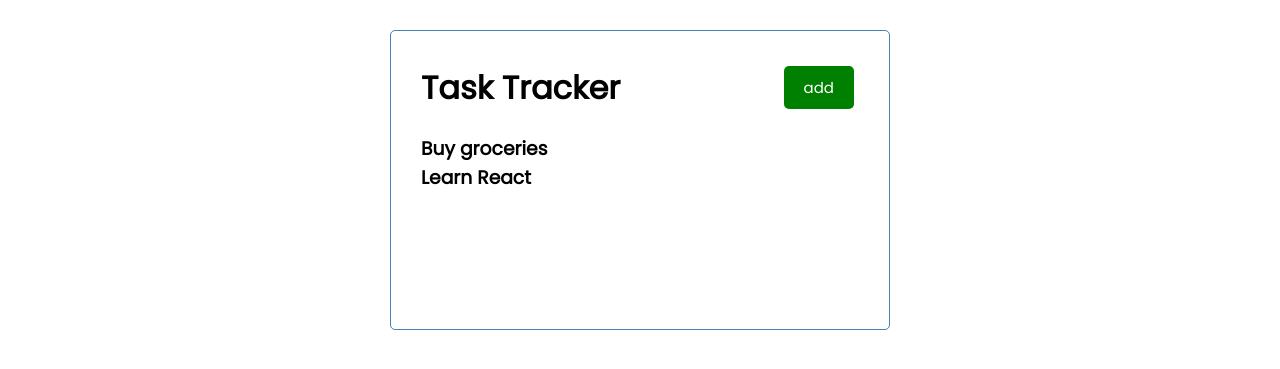
Repository: Samkiroko/task-tracker-app
Page: /
The author's editor kept a copy of each file at every save. The page is drawn from the files as they stood at one save, then again after a run of saves.
The browser window is 1280 px wide. The pictures show the whole page.
The project was rebuilt for these pictures with package versions that can differ from the ones it lists, and the page was loaded fresh each time.

Above is the page before, as saved 2021-08-02 16:47:18.

### public/index.html
<!DOCTYPE html>
<html lang="en">

<head>
    <meta charset="utf-8" />
    <link rel="icon" href="%PUBLIC_URL%/favicon.ico" />
    <meta name="viewport" content="width=device-width, initial-scale=1" />
    <meta name="theme-color" content="#000000" />
    <meta name="description" content="Web site created using create-react-app" />
    <link rel="apple-touch-icon" href="%PUBLIC_URL%/logo192.png" />

    <link rel="manifest" href="%PUBLIC_URL%/manifest.json" />

    <title>Task tracker App</title>
</head>

<body>
    <div id="root"></div>
</body>

</html>

### src/index.css
@import url('https://fonts.googleapis.com/css2?family=Poppins:wght@300;400&display=swap');
* {
    box-sizing: border-box;
    margin: 0;
    padding: 0;
}

body {
    font-family: 'Poppins', sans-serif;
}

.container {
    max-width: 500px;
    margin: 30px auto;
    overflow: auto;
    min-height: 300px;
    border: 1px solid steelblue;
    padding: 30px;
    border-radius: 5px;
}

.header {
    display: flex;
    justify-content: space-between;
    align-items: center;
    margin-bottom: 20px;
}

.btn {
    display: inline-block;
    background: #000;
    color: #fff;
    border: none;
    padding: 10px 20px;
    margin: 5px;
    border-radius: 5px;
    cursor: pointer;
    text-decoration: none;
    font-size: 15px;
    font-family: inherit;
}

.btn:focus {
    outline: none;
}

.btn:active {
    transform: scale(0.98);
}

.btn-block {
    display: block;
    width: 100%;
}

.task {
    background: #f4f4f4;
    margin: 5px;
    padding: 10px 20px;
    cursor: pointer;
}

.task.reminder {
    border-left: 5px solid green;
}

.task h3 {
    display: flex;
    align-items: center;
    justify-content: space-between;
}

.add-form {
    margin-bottom: 40px;
}

.form-control {
    margin: 20px 0;
}

.form-control label {
    display: block;
}

.form-control input {
    width: 100%;
    height: 40px;
    margin: 5px;
    padding: 3px 7px;
    font-size: 17px;
}

.form-control-check {
    display: flex;
    align-items: center;
    justify-content: space-between;
}

.form-control-check label {
    flex: 1;
}

.form-control-check input {
    flex: 2;
    height: 20px;
}

footer {
    margin-top: 30px;
    text-align: center;
}

### src/App.js
import { useState } from 'react';
import Header from './components/Header';
import Task from './components/Task';

function App() {
  const [task, setTask] = useState([
    {
      id: 1,
      text: 'Buy groceries',
      day: 'Feb 5th at 2:30pm',
      reminder: true,
    },
    {
      id: 2,
      text: 'Learn React',
      day: 'Feb 6th at 1:30pm',
      completed: false,
    },
  ]);
  return (
    <div className="container">
      <Header title="Task Tracker" />
      <Task task={task} />
    </div>
  );
}

export default App;

### src/components/Header.js
import React from 'react';
import Button from './Button';

const Header = ({ title }) => {
  const onClick = () => {
    console.log('Header clicked');
  };

  return (
    <header className="header">
      <h1>{title}</h1>
      <Button color="green" text="add" onClick={onClick} />
    </header>
  );
};

export default Header;

### src/components/Task.js
const Task = ({ task }) => {
  return (
    <>
      {task.map((task) => (
        <h3 key={task.id}>{task.text}</h3>
      ))}
    </>
  );
};

export default Task;

### src/components/Button.js
import PropTypes from 'prop-types';
import React from 'react';

const Button = ({ color, text, onClick }) => {
  return (
    <button
      onClick={onClick}
      style={{ backgroundColor: color }}
      className="btn">
      {text}
    </button>
  );
};

Button.defaultProps = {
  color: 'steelblue',
};

Button.propTypes = {
  color: PropTypes.string,
  text: PropTypes.string,
  onClick: PropTypes.func,
};

export default Button;

### src/components/Tasks.js
const Tasks = ({ tasks }) => {
  return (
    <>
      {tasks.map((task) => (
        <h3 key={task.id}>{task.text}</h3>
      ))}
    </>
  );
};

export default Task;

Loaded but not shown: src/index.js (common file)

After the next 4 saves:
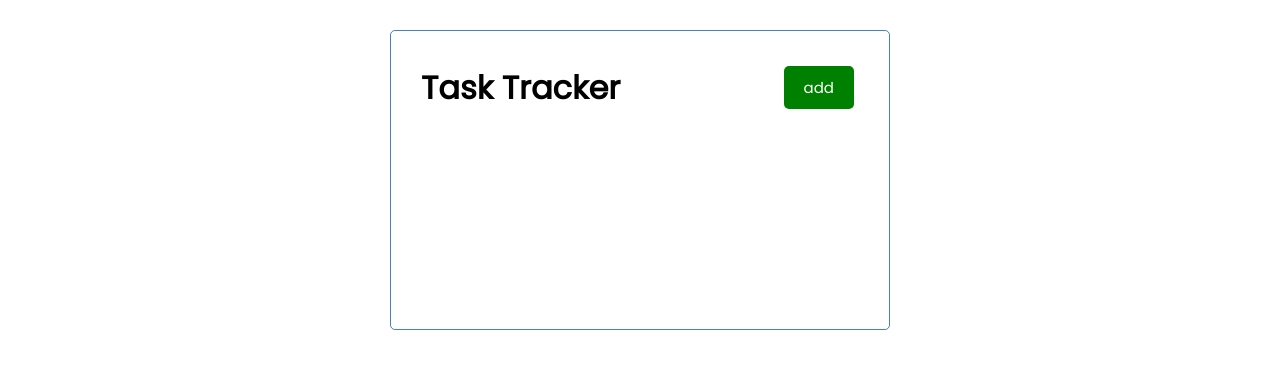
The 4 saves are shown as one change because 3 did not build or start.
The last was saved 84 s later.
--- a/src/App.js
+++ b/src/App.js
@@ -1,9 +1,9 @@
 import { useState } from 'react';
 import Header from './components/Header';
-import Task from './components/Task';
+import Task from './components/Tasks';
 
 function App() {
-  const [task, setTask] = useState([
+  const [tasks, setTasks] = useState([
     {
       id: 1,
       text: 'Buy groceries',
@@ -20,7 +20,7 @@ function App() {
   return (
     <div className="container">
       <Header title="Task Tracker" />
-      <Task task={task} />
+      <Task tasks={tasks} />
     </div>
   );
 }
--- a/src/components/Tasks.js
+++ b/src/components/Tasks.js
@@ -2,10 +2,10 @@
   return (
     <>
       {tasks.map((task) => (
-        <h3 key={task.id}>{task.text}</h3>
+        <h3 key={task.id}>{tasks.text}</h3>
       ))}
     </>
   );
 };
 
-export default Task;
+export default Tasks;

After the save that followed:
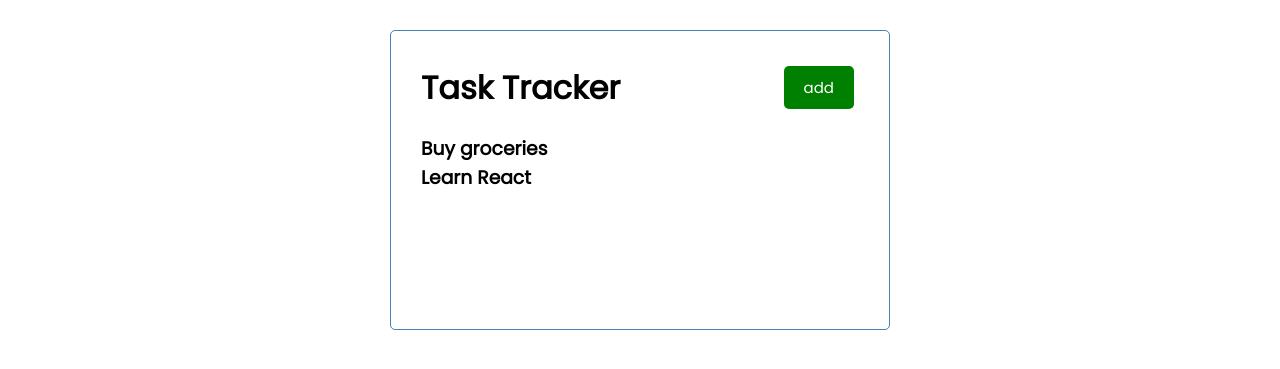
Saved 27 s later.
--- a/src/components/Tasks.js
+++ b/src/components/Tasks.js
@@ -2,7 +2,7 @@
   return (
     <>
       {tasks.map((task) => (
-        <h3 key={task.id}>{tasks.text}</h3>
+        <h3 key={task.id}>{task.text}</h3>
       ))}
     </>
   );
